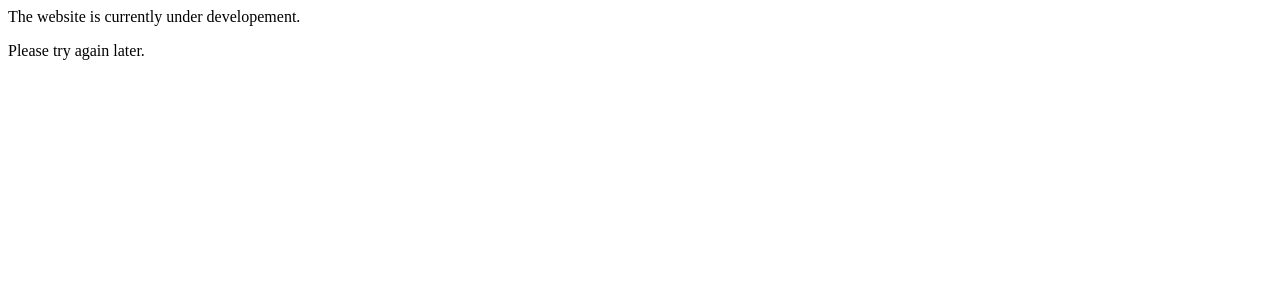
Repository: ShadowFightVideos/sfvids.github.io
Page: index.html
The author's editor kept a copy of each file at every save. The page is drawn from the files as they stood at one save, then again after a run of saves.
The browser window is 1280 px wide. The pictures show the whole page.

Above is the page before, as saved 2024-03-13 11:24:51.

After the next 2 saves:
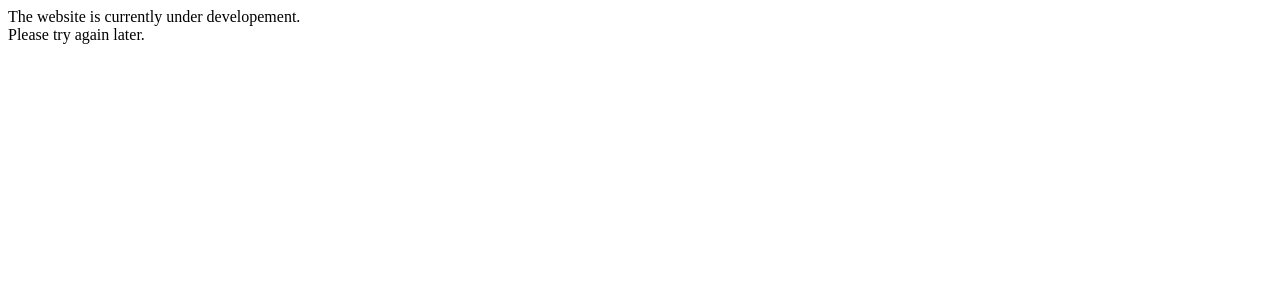
The 2 saves are shown as one change because they came seconds apart.
The last was saved 16 s later.
--- a/index.html
+++ b/index.html
@@ -8,7 +8,7 @@
 <body>
 
 <div class="maintenanceContainer">
-    The website is currently under <span>developement.</span><p></p>
+    The website is currently under <span>developement.</span><br>
     Please try again later.
         <div class="maintenanceClock">
 
